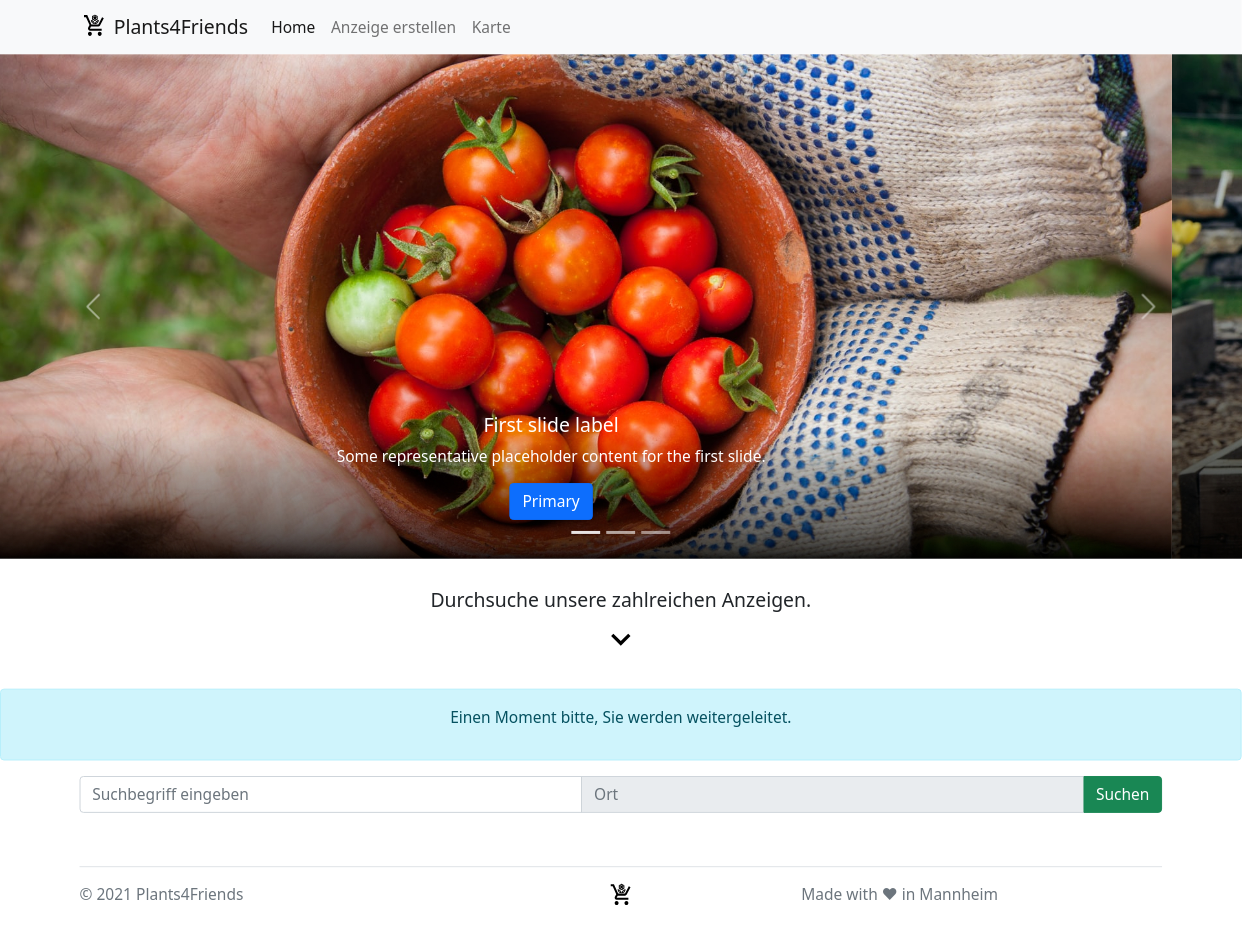
Repository: Carlson43/PlantsForFriends
Page: Website/index.html
These files come from the project's save history. The page is drawn as it stood at one moment and after the next save; the edit follows.
The browser window is 1280 px wide. The pictures show the whole page, at 97% of full size.

Above is the page before, as saved 2022-01-13 12:14:21.

After the next save:
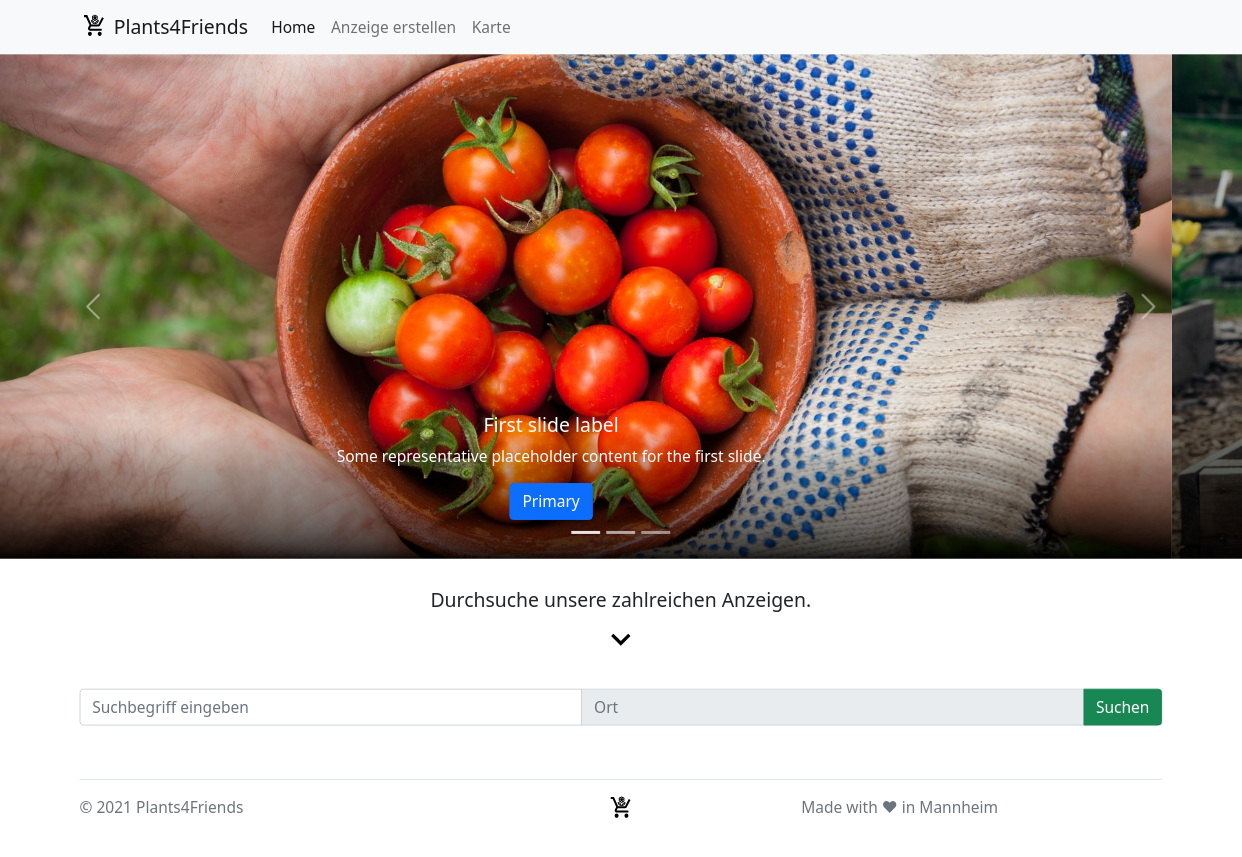
Saved 13 s later.
--- a/Website/index.html
+++ b/Website/index.html
@@ -120,7 +120,7 @@
       Sie werden weitergeleitet, einen Moment bitte!
     </div>
 
-    <div class="alert alert-info"  role="alert">
+    <div class="alert alert-info"  role="alert" hidden>
       <p class="text-center">
        <i class="fa fa-exclamation-triangle" aria-hidden="true"></i>Einen Moment bitte, Sie werden weitergeleitet.
       </p>
